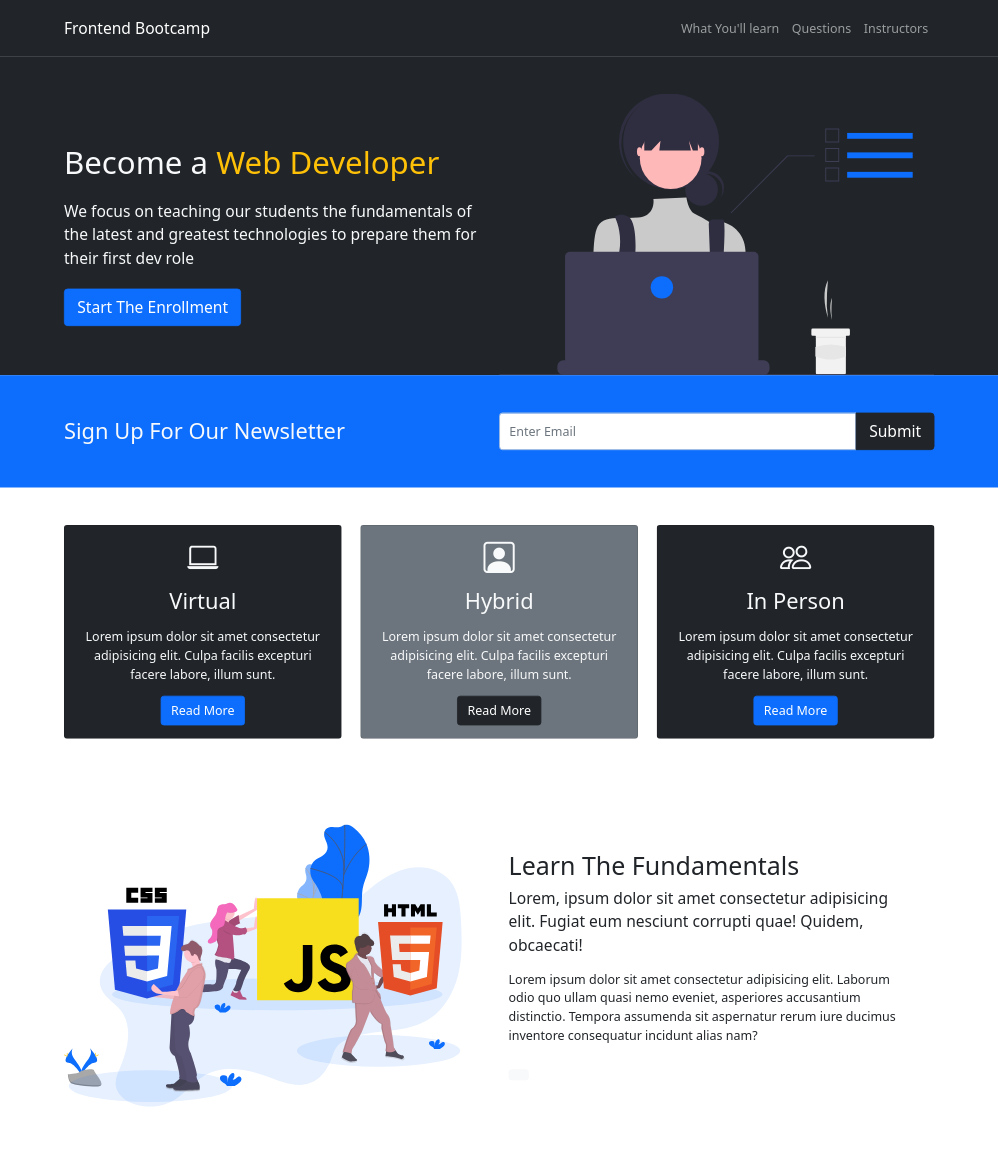
Repository: Marhamat92/Bootstrap5-Responsive-Website-
Page: index.html
These files come from the project's save history. The page is drawn as it stood at one moment and after the next save; the edit follows.
The browser window is 1280 px wide. The pictures show the whole page, at 78% of full size.
Some icons come from a web library that is not loaded, so they are not drawn. Some web libraries are served in a nearby version.

Above is the page before, as saved 2021-09-18 17:42:52.

### index.html
<!DOCTYPE html>
<html lang="en">

<head>
    <meta charset="UTF-8">
    <meta http-equiv="X-UA-Compatible" content="IE=edge">
    <meta name="viewport" content="width=device-width, initial-scale=1.0">
    <link href="https://cdn.jsdelivr.net/npm/bootstrap@5.0.2/dist/css/bootstrap.min.css" rel="stylesheet"
        integrity="sha384-EVSTQN3/azprG1Anm3QDgpJLIm9Nao0Yz1ztcQTwFspd3yD65VohhpuuCOmLASjC" crossorigin="anonymous">
    <link rel="stylesheet" href="https://cdn.jsdelivr.net/npm/bootstrap-icons@1.3.0/font/bootstrap-icons.css">
    <link rel="stylesheet" href="style.css">
    <title>Frontend Bootcamp</title>

</head>

<body>
    <!--Navbar-->
    <nav class="navbar navbar-expand-lg bg-dark navbar-dark py-3">
        <div class="container">
            <a href="#" class="navbar-brand">Frontend Bootcamp</a>
            <button class="navbar-toggler" type="button" data-bs-toggle="collapse" data-bs-target="#navmenu">
                <span class="navbar-toggler-icon"></span>
            </button>
            <div class="collapse navbar-collapse" id="navmenu">
                <ul class="navbar-nav ms-auto">
                    <li class="nav-item">
                        <a href="#learn" class="nav-link">What You'll learn</a>
                    </li>
                    <li class="nav-item">
                        <a href="#questions" class="nav-link">Questions</a>
                    </li>
                    <li class="nav-item">
                        <a href="#instructors" class="nav-link">Instructors</a>
                    </li>
                </ul>
            </div>
        </div>
    </nav>

    <!--Showcase-->

    <section class="bg-dark text-light p-5 p-lg-0 pt-lg-5 text-center text-sm-start">
        <div class="container">
            <div class="d-sm-flex align-items-center justify-content-between">
                <div>
                    <h1>Become a <span class="text-warning">Web Developer</span> </h1>
                    <p class="lead my-4">We focus on teaching our students the fundamentals of the latest and
                        greatest technologies to prepare them for their first dev role
                    </p>
                    <button class="btn btn-primary btn-lg">Start The Enrollment</button>
                </div>
                <img class="img-fluid w-50 d-none d-sm-block" src="img/showcase.svg" alt="showcase">
            </div>
        </div>
    </section>


    <!--Newsletter-->
    <section class=" bg-primary text-light p-5">
        <div class="container">
            <div class="d-md-flex justify-content-between align-items-center">
                <h3 class="mb-3 mb-md-0">Sign Up For Our Newsletter</h3>
                <div class="input-group news-input">
                    <input type="text" class="form-control" placeholder="Enter Email">
                    <button class="btn btn-dark btn-lg" type="button">Submit</button>
                </div>

            </div>
        </div>
    </section>

    <!--Boxes-->
    <section class="p-5">
        <div class="container">
            <div class="row text-center g-4">
                <div class="col-md">
                    <div class="card bg-dark text-light">
                        <div class="card-body text-center">
                            <div class="h1 mb-3"><i class="bi bi-laptop"></i>
                            </div>
                            <h3 class="title mb-3">Virtual</h3>
                            <p class="card-text">
                                Lorem ipsum dolor sit amet consectetur adipisicing elit. Culpa facilis excepturi facere
                                labore, illum sunt.
                            </p>
                            <a href="#" class="btn btn-primary">Read More</a>
                        </div>
                    </div>
                </div>
                <div class="col-md">
                    <div class="card bg-secondary text-light">
                        <div class="card-body text-center">
                            <div class="h1 mb-3"><i class="bi bi-person-square"></i>
                            </div>
                            <h3 class="title mb-3">Hybrid</h3>
                            <p class="card-text">
                                Lorem ipsum dolor sit amet consectetur adipisicing elit. Culpa facilis excepturi facere
                                labore, illum sunt.
                            </p>
                            <a href="#" class="btn btn-dark">Read More</a>
                        </div>
                    </div>
                </div>
                <div class="col-md">
                    <div class="card bg-dark text-light">
                        <div class="card-body text-center">
                            <div class="h1 mb-3"><i class="bi bi-people"></i>
                            </div>
                            <h3 class="title mb-3">In Person</h3>
                            <p class="card-text">
                                Lorem ipsum dolor sit amet consectetur adipisicing elit. Culpa facilis excepturi facere
                                labore, illum sunt.
                            </p>
                            <a href="#" class="btn btn-primary">Read More</a>
                        </div>
                    </div>
                </div>
            </div>
        </div>
    </section>

    <!--Learn Sections-->
    <section id="learn" class="p-5">
        <div class="container">
            <div class="row align-items-center justify-content-between">
                <div class="col-md">
                    <img src="img/fundamentals.svg" class="img-fluid" alt="">
                </div>
                <div class="col-md p-5">
                    <h2>Learn The Fundamentals</h2>
                    <p class="lead">
                        Lorem, ipsum dolor sit amet consectetur adipisicing elit. Fugiat eum nesciunt corrupti quae!
                        Quidem, obcaecati!
                    </p>
                    <p>Lorem ipsum dolor sit amet consectetur adipisicing elit. Laborum odio quo ullam quasi nemo eveniet, asperiores accusantium distinctio. Tempora assumenda sit aspernatur rerum iure ducimus inventore consequatur incidunt alias nam?</p>
                    <a href="" class="btn btn-light mt-3"></a>
                </div>
            </div>
        </div>
    </section>





















    <script src="https://cdn.jsdelivr.net/npm/bootstrap@5.0.2/dist/js/bootstrap.bundle.min.js"
        integrity="sha384-MrcW6ZMFYlzcLA8Nl+NtUVF0sA7MsXsP1UyJoMp4YLEuNSfAP+JcXn/tWtIaxVXM" crossorigin="anonymous">
    </script>
</body>

</html>

### style.css
@media (min-width:768px) {
    .news-input{
        width:50%;
    }
}

After the next save:
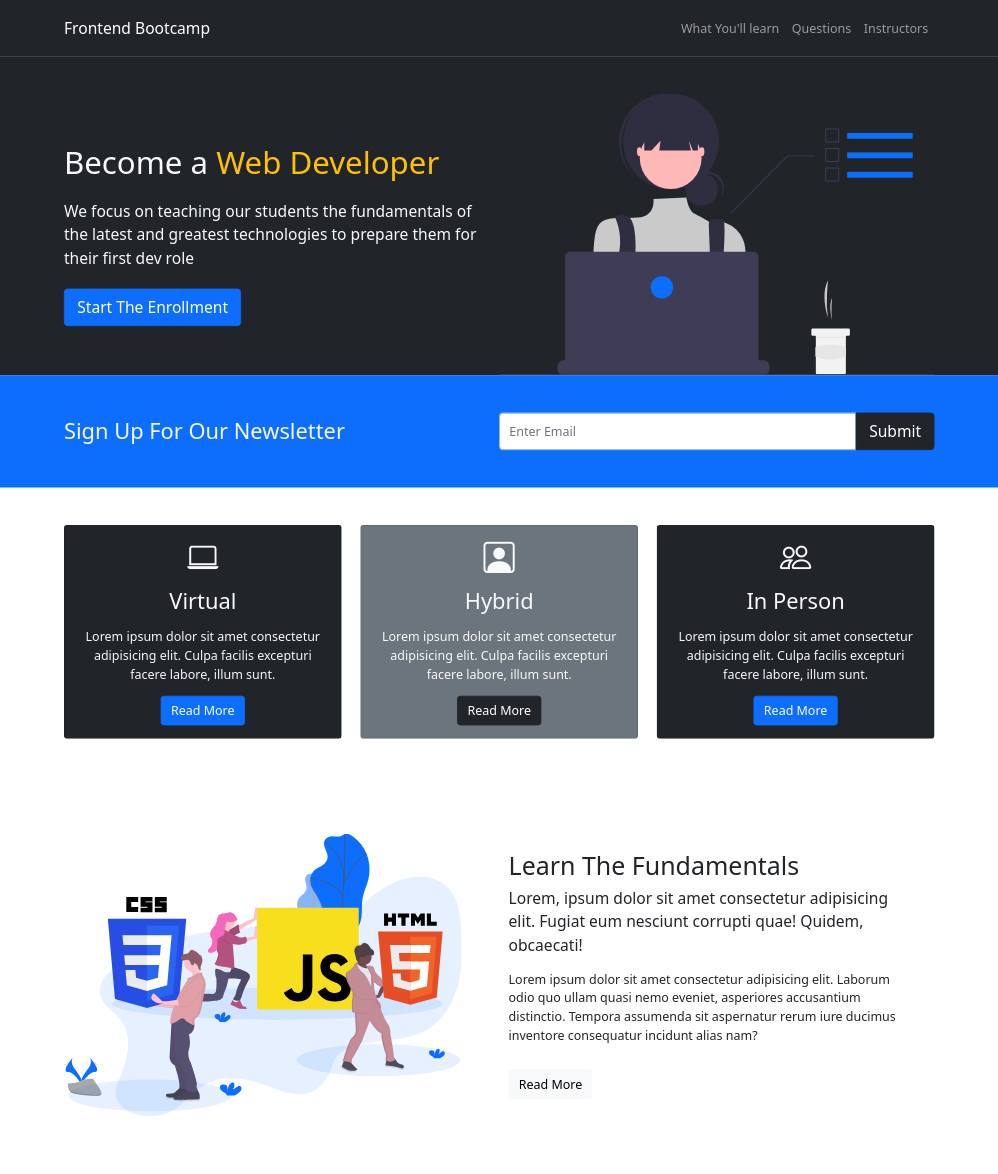
Saved 81 s later.
--- a/index.html
+++ b/index.html
@@ -133,7 +133,7 @@
                         Quidem, obcaecati!
                     </p>
                     <p>Lorem ipsum dolor sit amet consectetur adipisicing elit. Laborum odio quo ullam quasi nemo eveniet, asperiores accusantium distinctio. Tempora assumenda sit aspernatur rerum iure ducimus inventore consequatur incidunt alias nam?</p>
-                    <a href="" class="btn btn-light mt-3"></a>
+                    <a href="#" class="btn btn-light mt-3"><i class="bi bi-chevron-icon"></i> Read More</a>
                 </div>
             </div>
         </div>
